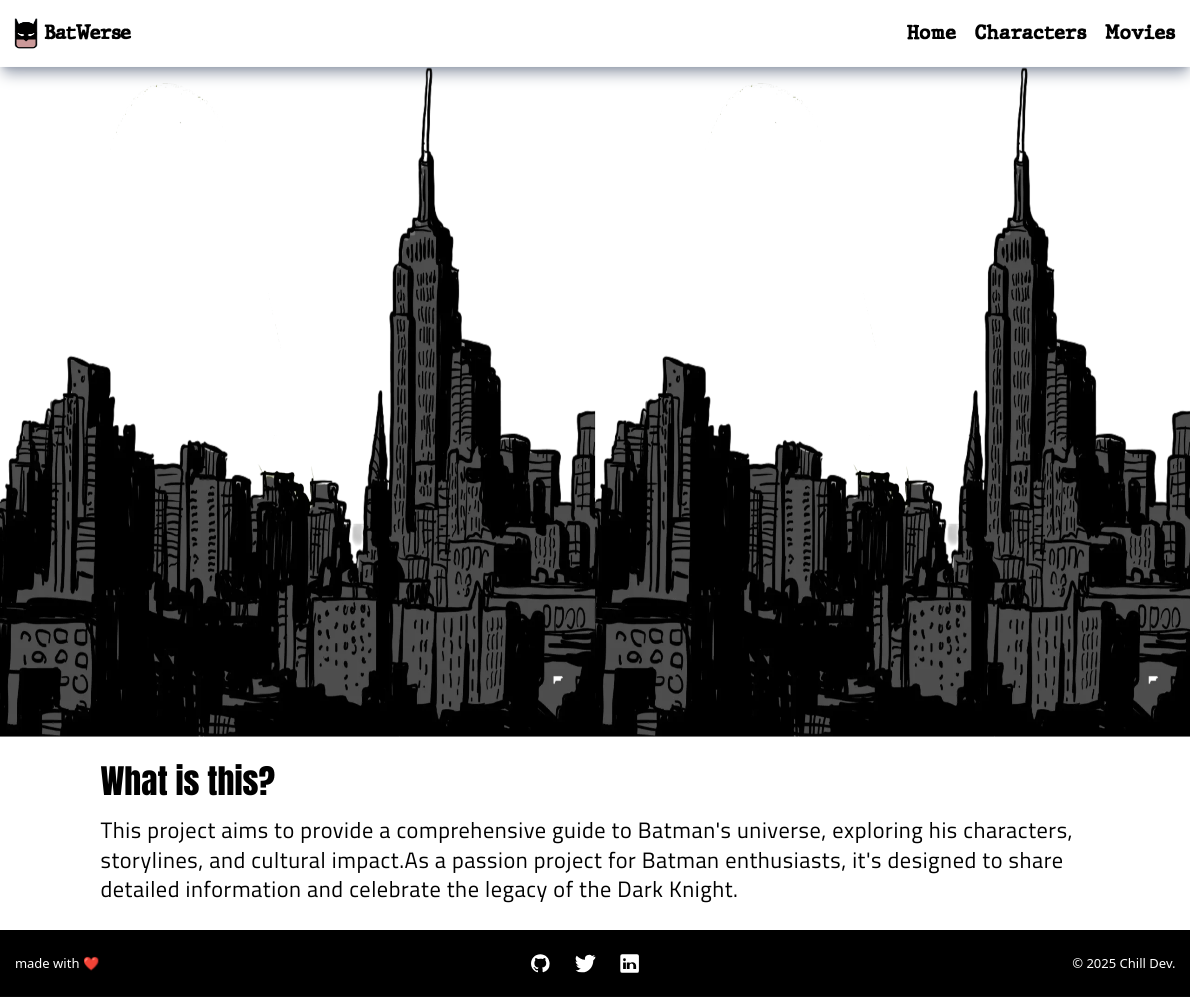
Repository: pgyunknown/project_Batman
Page: /
These files come from the project's save history. The page is drawn as it stood at one moment and after the next save; the edit follows.
The browser window is 1280 px wide. The pictures show the whole page, at 93% of full size.
Some web fonts or font styles are not loaded; a fallback is used. The project was rebuilt for these pictures with package versions that can differ from the ones it lists, and the page was loaded fresh each time. Also part of the build but not shown: vite.config.js, src/components/PopUp.jsx, src/pages/Characters.jsx, src/pages/Movies.jsx.

Above is the page before, as saved 2025-03-19 21:39:47.

After the next save:
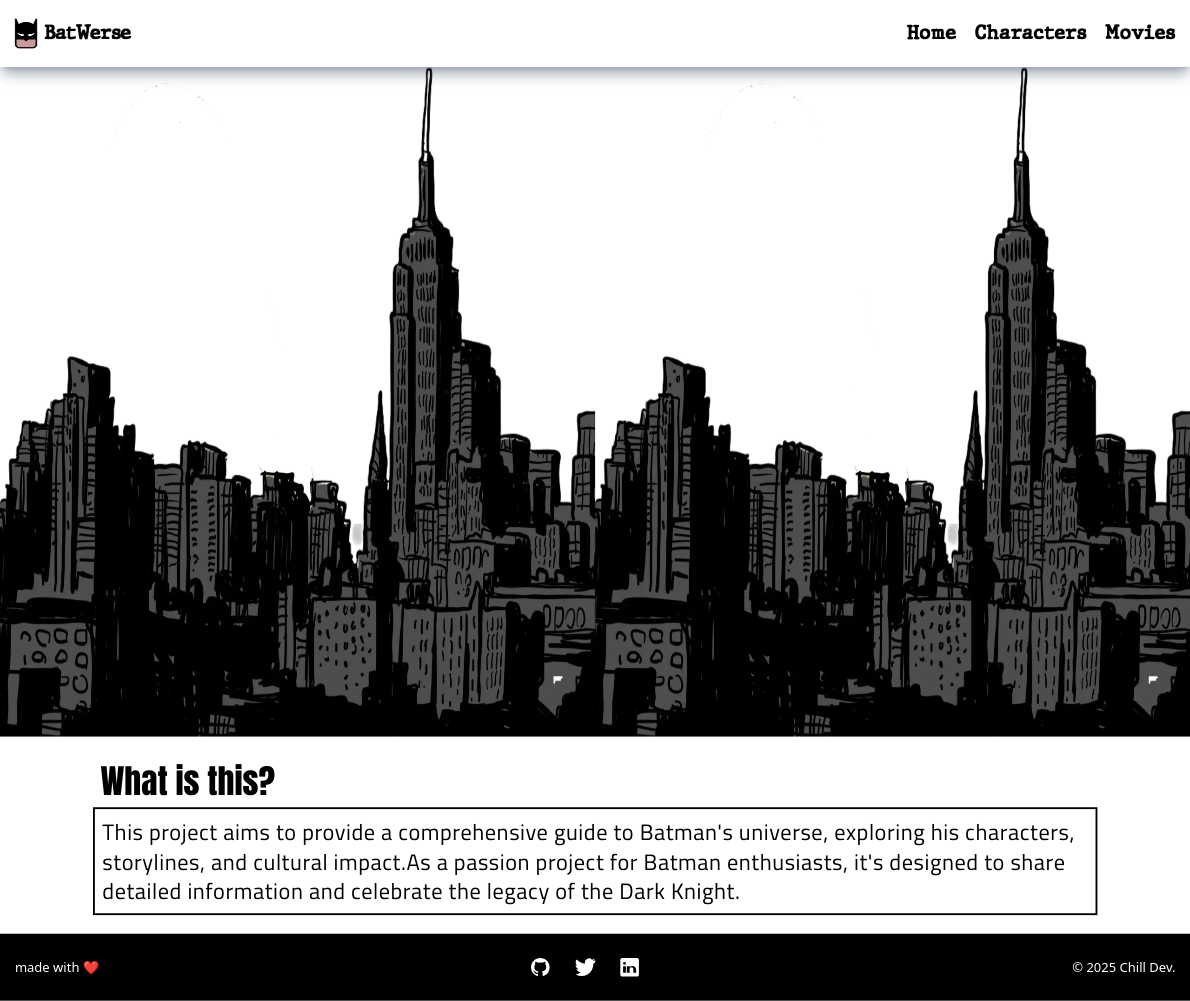
Saved 14 s later.
--- a/src/pages/Home.jsx
+++ b/src/pages/Home.jsx
@@ -11,7 +11,7 @@
       </div>
       <div className='sm:my-5 sm:mx-25  my-5 mx-5 '>
         <h1 className='sm:text-4xl sm:p-2 text-5xl font-anton '>What is this?</h1>
-        <p className='sm:text-2xl sm:p-2 text-sm tracking-wide font-web '>
+        <p className='sm:text-2xl sm:p-2 text-sm tracking-wide font-web border-2'>
           This project aims to provide a comprehensive guide to Batman's universe, exploring his characters, storylines, and cultural impact.As a passion project for Batman enthusiasts, it's designed to share detailed information and celebrate the legacy of the Dark Knight.
         </p>
 

After the save that followed:
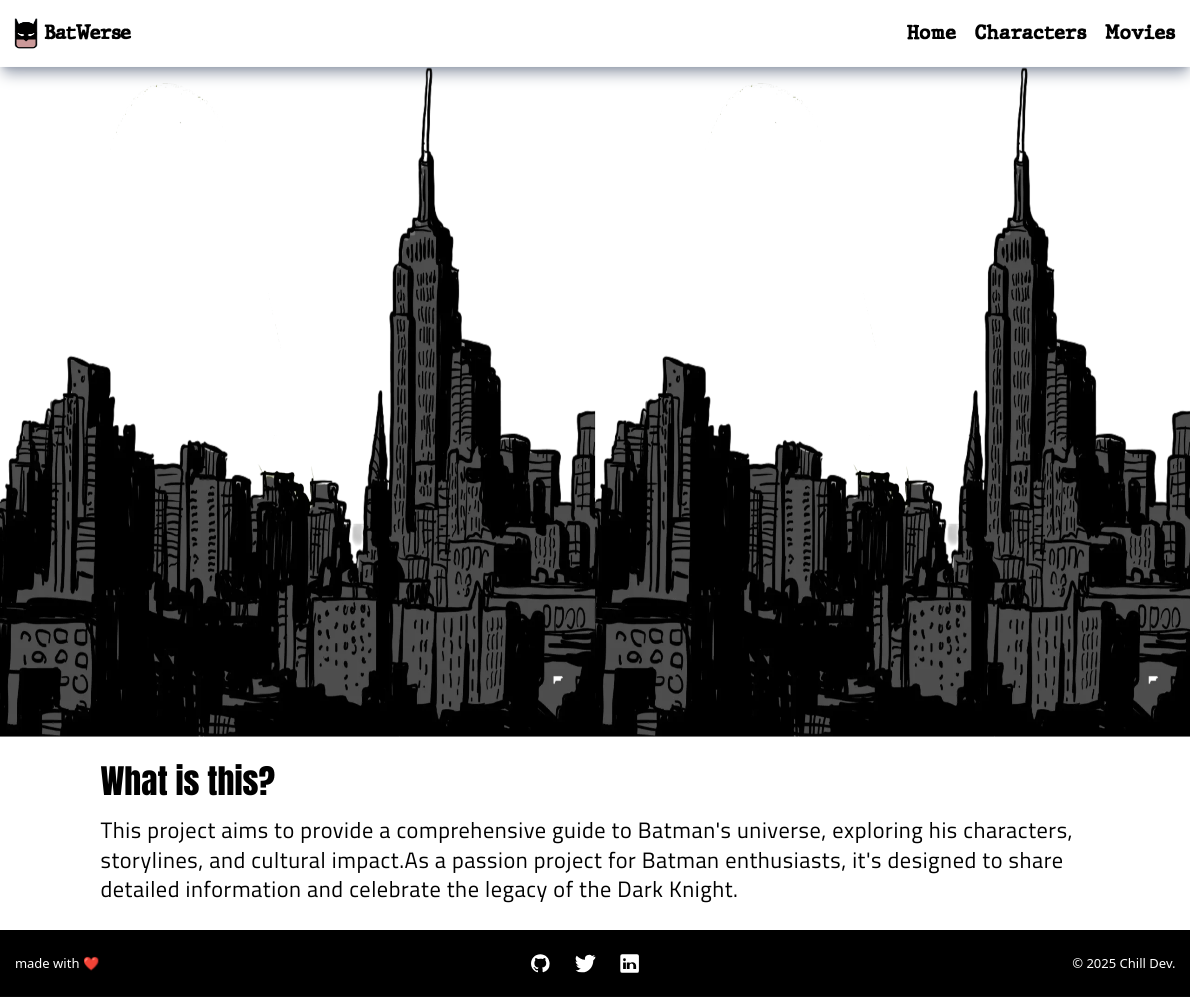
Saved 6 s later.
--- a/src/pages/Home.jsx
+++ b/src/pages/Home.jsx
@@ -11,7 +11,7 @@
       </div>
       <div className='sm:my-5 sm:mx-25  my-5 mx-5 '>
         <h1 className='sm:text-4xl sm:p-2 text-5xl font-anton '>What is this?</h1>
-        <p className='sm:text-2xl sm:p-2 text-sm tracking-wide font-web border-2'>
+        <p className='sm:text-2xl sm:p-2 text-sm tracking-wide font-web -2'>
           This project aims to provide a comprehensive guide to Batman's universe, exploring his characters, storylines, and cultural impact.As a passion project for Batman enthusiasts, it's designed to share detailed information and celebrate the legacy of the Dark Knight.
         </p>
 
